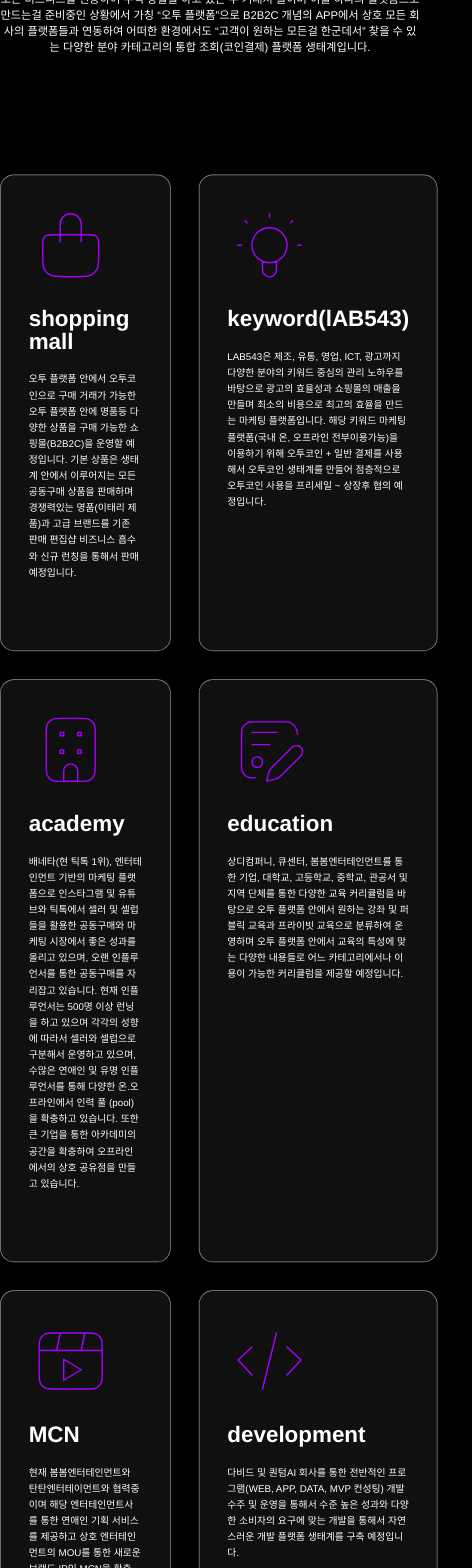
Repository: songhun115/Otwo
Page: service.html
An editor plug-in stored every save of this project. The page is shown before and after the next save, followed by the edit.
The browser window is 600 px wide. The page is 674 px wide, so the pictures cover 674 px, including what lies to the right of the window. The pictures show the part of the page from y = 565 to 2805 px (the page is 6276 px tall before and 7366 px after), at 70% of full size.

Above is the page before, as saved 2022-11-18 11:43:15.
Not found: js/three.js

After the next save:
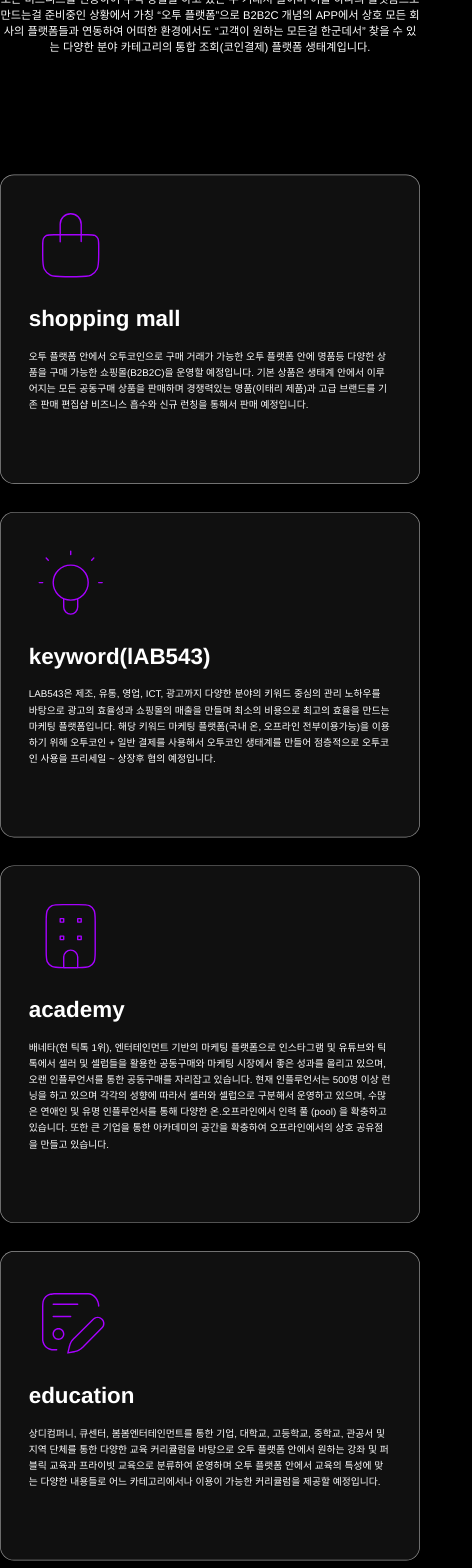
Saved 49 s later.
--- a/css/content.css
+++ b/css/content.css
@@ -88,3 +88,10 @@
   .platform-item{ background: #101010; border: 0.5px solid rgba(235, 235, 235, 0.6); border-radius: 20px; padding:40px 40px 100px 40px}
   .platform-con{line-height: 23px;}
   .platform-category{font-size: 32px; font-weight: 700; margin:27px 0;}
+
+
+
+  @media(max-width:765px){
+    /*!서비스  */
+    .platform-list{ grid-template-columns: repeat(1,1fr);gap: 40px}
+  }
